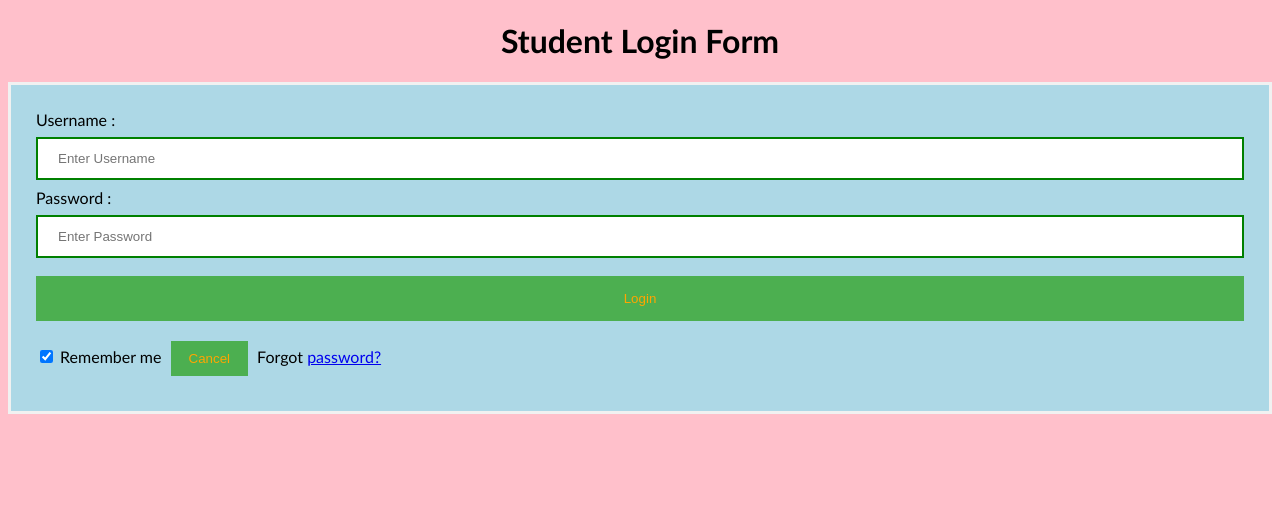
Repository: prathamesh-coditas/Servlet
Page: DemoApp/src/main/webapp/login.html
These files come from the project's save history. The page is drawn as it stood at one moment and after the next save; the edit follows.
The browser window is 1280 px wide. The pictures show the whole page.

Above is the page before, as saved 2022-03-03 07:17:45.

After the next save:
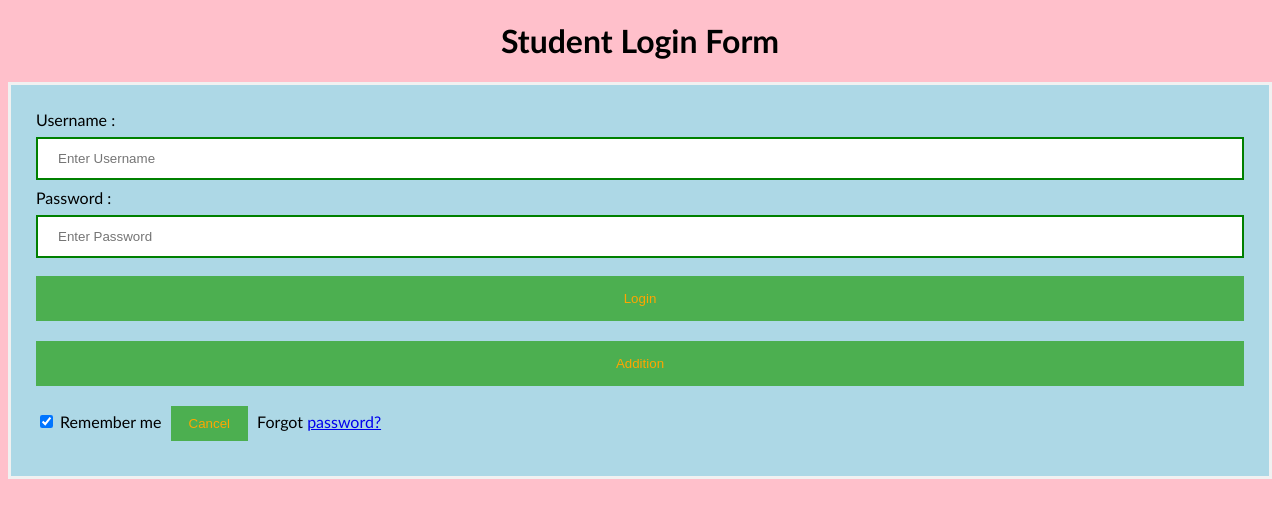
Saved 3 min 30 s later.
--- a/DemoApp/src/main/webapp/login.html
+++ b/DemoApp/src/main/webapp/login.html
@@ -53,9 +53,10 @@
             <label>Password : </label>
             <input type="password" placeholder="Enter Password" name="password" required>
             <button type="submit">Login</button>
+            <button type="submit" formaction="index.html">Addition</button>
             <input type="checkbox" checked="checked"> Remember me
             <button type="button" class="cancelbtn"> Cancel</button>
-            Forgot <a href="index.html"> password? </a>
+            Forgot <a href="#"> password? </a>
         </div>
     </form>
 </body>

After the save that followed:
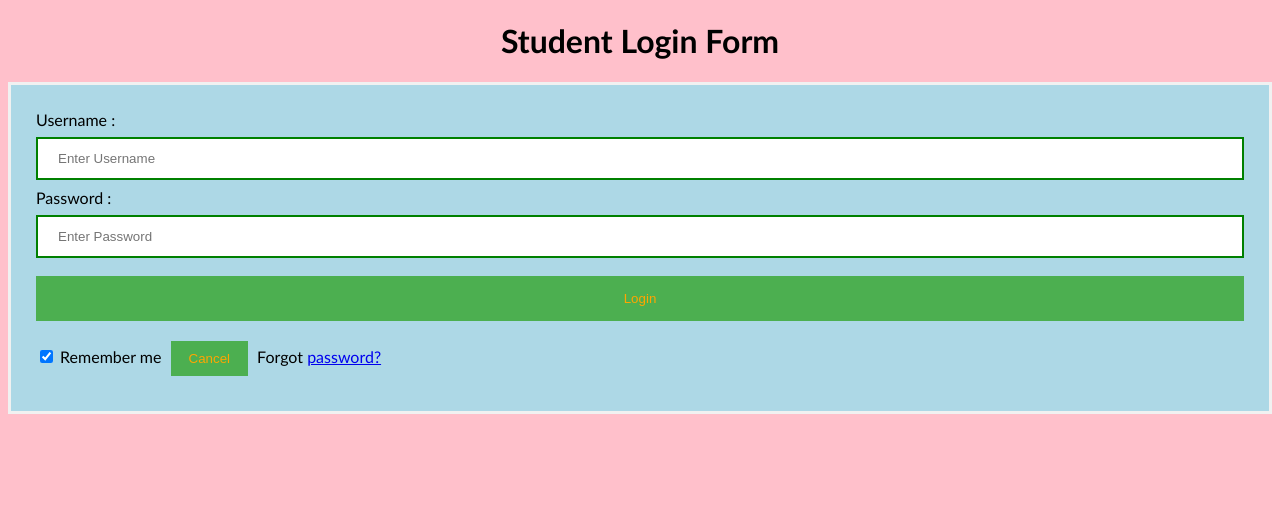
Saved 34 s later.
--- a/DemoApp/src/main/webapp/login.html
+++ b/DemoApp/src/main/webapp/login.html
@@ -52,8 +52,7 @@
             <input type="text" placeholder="Enter Username" name="username" required>
             <label>Password : </label>
             <input type="password" placeholder="Enter Password" name="password" required>
-            <button type="submit">Login</button>
-            <button type="submit" formaction="index.html">Addition</button>
+            <button type="submit"formaction="index.html">Login</button>
             <input type="checkbox" checked="checked"> Remember me
             <button type="button" class="cancelbtn"> Cancel</button>
             Forgot <a href="#"> password? </a>
